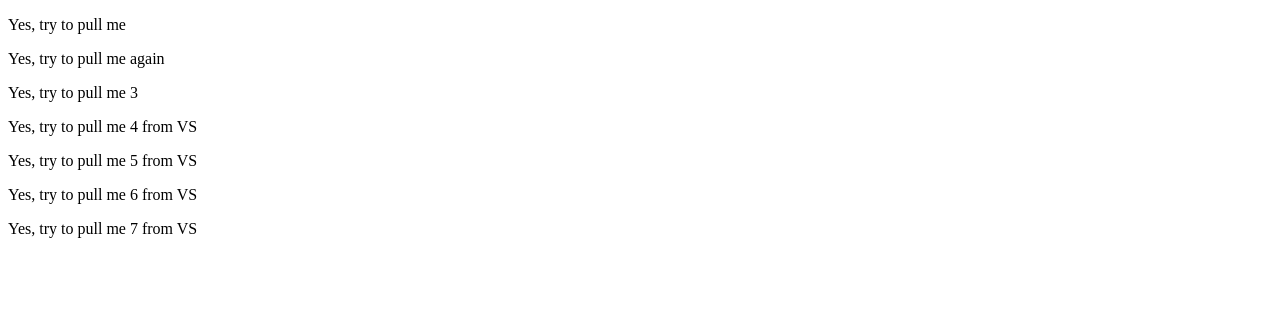
Repository: kerudai/julTest
Page: ignore.html
The author's editor kept a copy of each file at every save. The page is drawn from the files as they stood at one save, then again after the next save.
The browser window is 1280 px wide. The pictures show the whole page.

Above is the page before, as saved 2020-07-27 22:13:20.

### ignore.html
<!DOCTYPE html>
<html lang="en">
<head>
   <meta charset="UTF-8">
    <meta name="viewport" content="width=device-width, initial-scale=1.0">
    <title>Document</title>
</head>
<body>
    <p>Yes, try to pull me</p>
    <p>Yes, try to pull me again</p>
    <p>Yes, try to pull me 3</p>
    <p>Yes, try to pull me 4 from VS</p>
    <p>Yes, try to pull me 5 from VS</p>
    <p>Yes, try to pull me 6 from VS</p>
    <p>Yes, try to pull me 7 from VS</p>
</body>
</html>

After the next save:
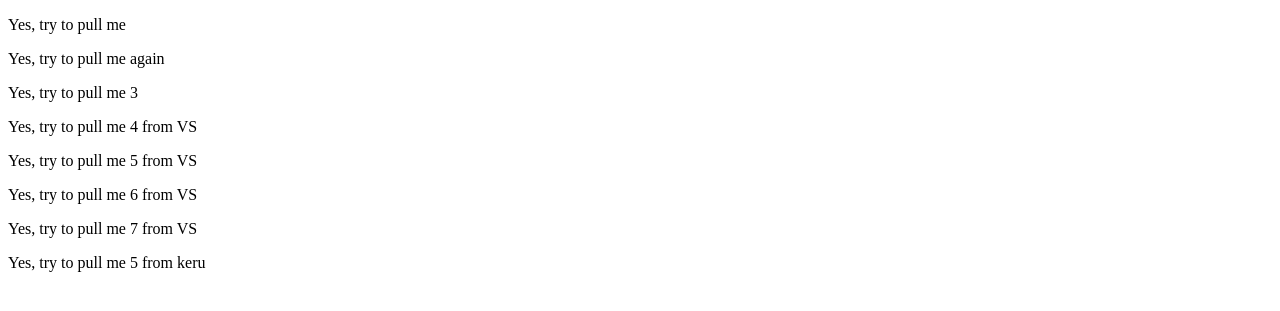
Saved 22 min 37 s later.
--- a/ignore.html
+++ b/ignore.html
@@ -13,5 +13,6 @@
     <p>Yes, try to pull me 5 from VS</p>
     <p>Yes, try to pull me 6 from VS</p>
     <p>Yes, try to pull me 7 from VS</p>
+    <p>Yes, try to pull me 5 from keru</p>
 </body>
 </html>
